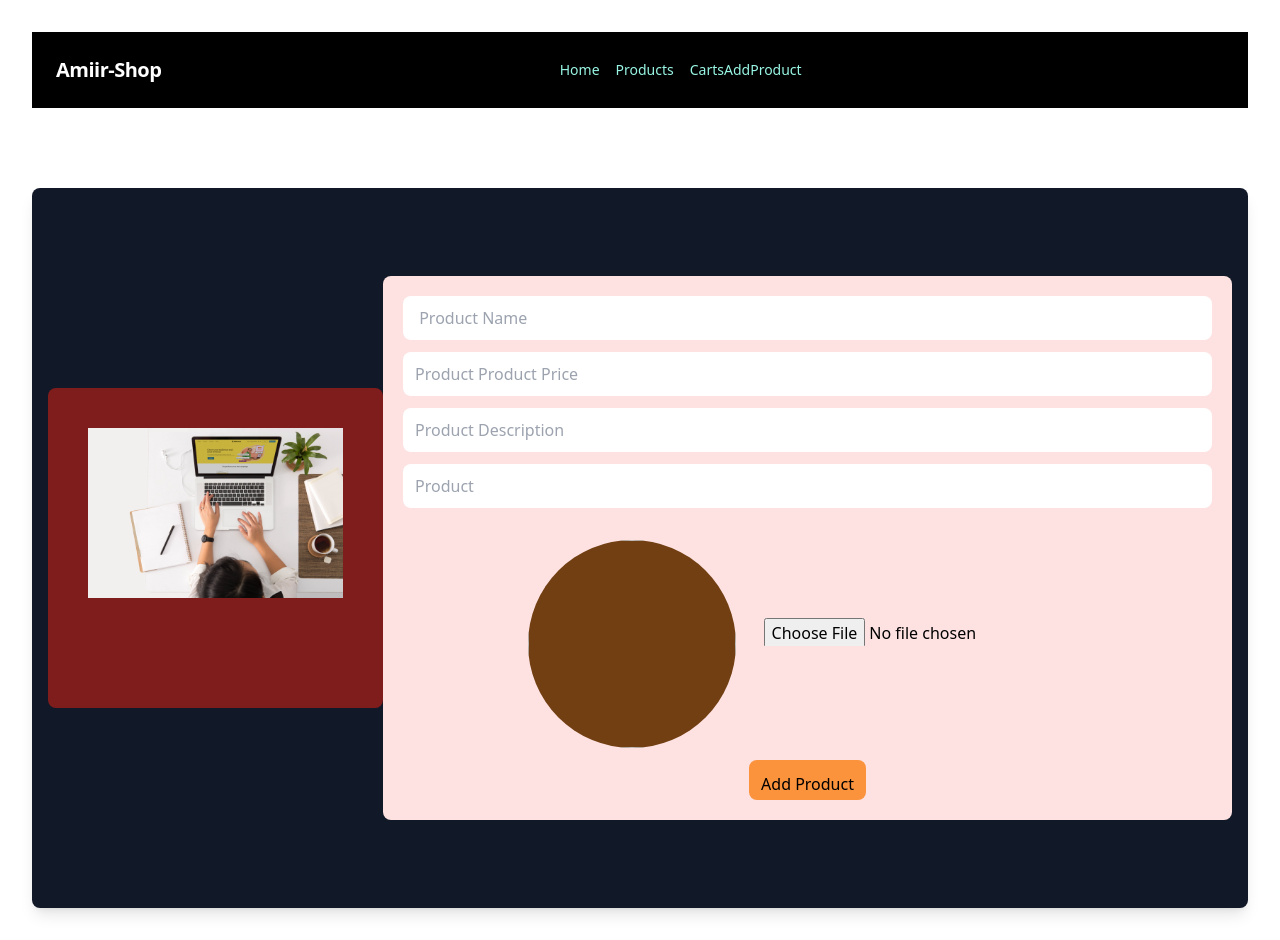
Repository: ENG-AMIIR-MUSE/ECommerce-app-using-react
Page: /addProducts
These files come from the project's save history. The page is drawn as it stood at one moment and after a run of saves; the edit follows.
The browser window is 1280 px wide. The pictures show the whole page.
The page's requests for data from a server got no answer. The project was rebuilt for these pictures with package versions that can differ from the ones it lists, and the page was loaded fresh each time. No one was signed in, and anything a server would have sent is missing. Also part of the build but not shown: vite.config.js, src/Components/productList.js, src/Components/productCard.js.

Above is the page before, as saved 2023-06-24 20:56:45.

After the next 2 saves:
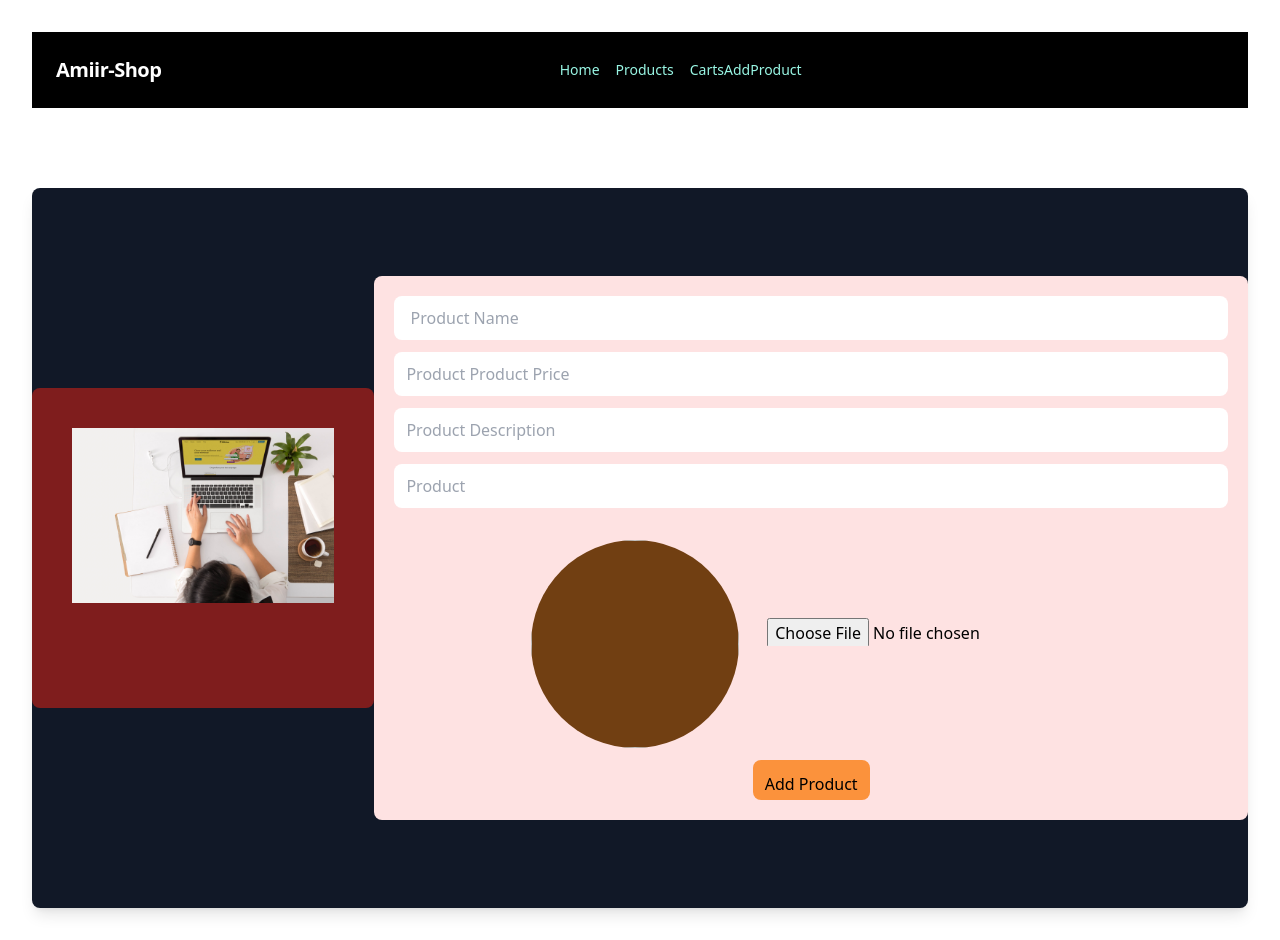
The 2 saves are shown as one change because they came seconds apart.
The last was saved 12 s later.
--- a/src/Components/AddProduct.jsx
+++ b/src/Components/AddProduct.jsx
@@ -6,7 +6,7 @@ const  AddProduct = ()=>{
 
     return(
 
-        <div  className="bg-gray-900 mt-0  p-4 text-black  min-h-screen flex flex-col lg:flex-row lg:max-w-full 2xl:max-w-full max-w-sm mx-auto justify-center items-center  shadow-lg rounded-lg  overflow-hidden">
+        <div  className="bg-gray-900 mt-0   text-black  min-h-screen flex flex-col lg:flex-row lg:max-w-full 2xl:max-w-full max-w-sm mx-auto justify-center items-center  shadow-lg rounded-lg  overflow-hidden">
           <div className="w-96 rounded-lg mx-auto  bg-red-900  m-5 h-80 p-10">
            <img src= {reactsvg}  alt="missing-product-image"/>
           </div>
